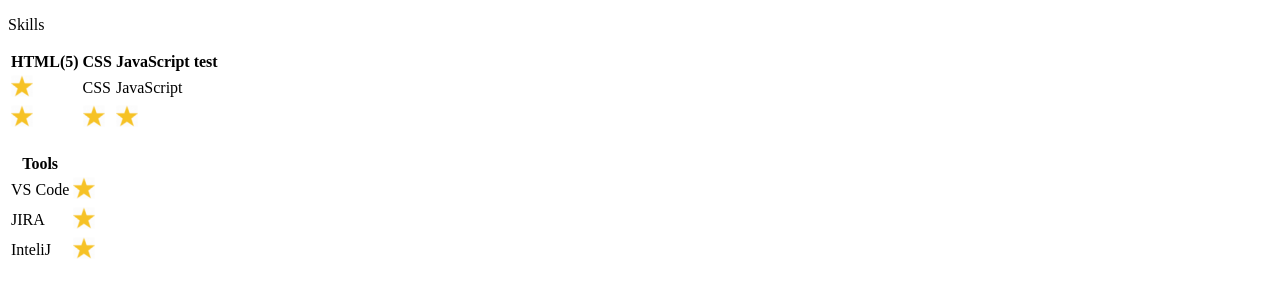
Repository: ew-code/Web-Development
Page: HTML - Personal Site/abilities.html
The author's editor kept a copy of each file at every save. The page is drawn from the files as they stood at one save, then again after the next save.
The browser window is 1280 px wide. The pictures show the whole page.

Above is the page before, as saved 2021-01-03 17:20:24.

After the next save:
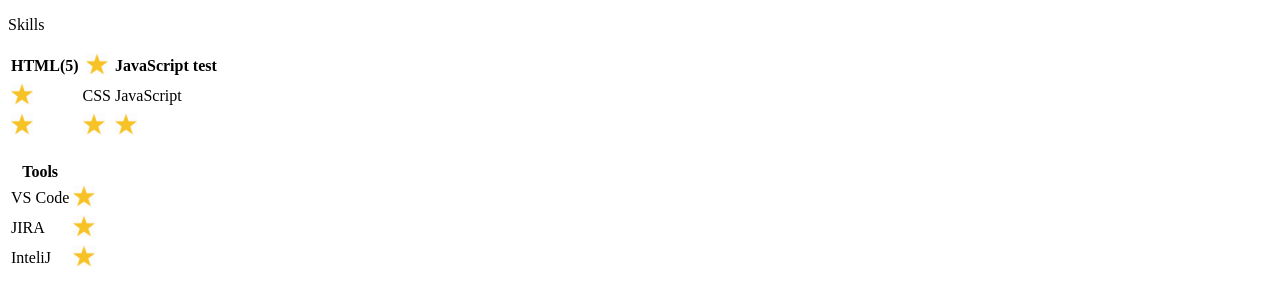
Saved 51 s later.
--- a/HTML - Personal Site/abilities.html
+++ b/HTML - Personal Site/abilities.html
@@ -15,7 +15,7 @@
     <colgroup span="4"></colgroup>
     <tr>
       <th>HTML(5)</th>
-      <th>CSS</th>
+      <th><img src="images\star.png" alt="yellow star"></th>
       <th>JavaScript</th>
       <th>test</th>
     <tr>
